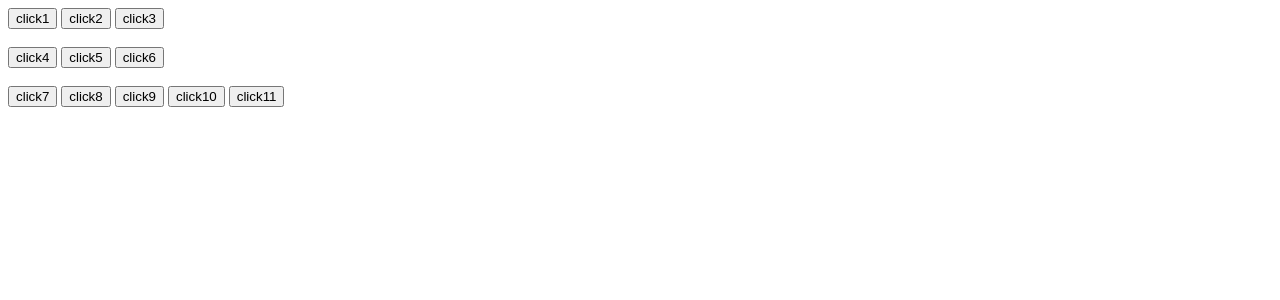
Repository: hong-bi/JsonStudy
Page: JsonApp01/WebContent/JsonTest10.html
These files come from the project's save history. The page is drawn as it stood at one moment and after the next save; the edit follows.
The browser window is 1280 px wide. The pictures show the whole page.

Above is the page before, as saved 2019-05-31 07:01:42.

After the next save:
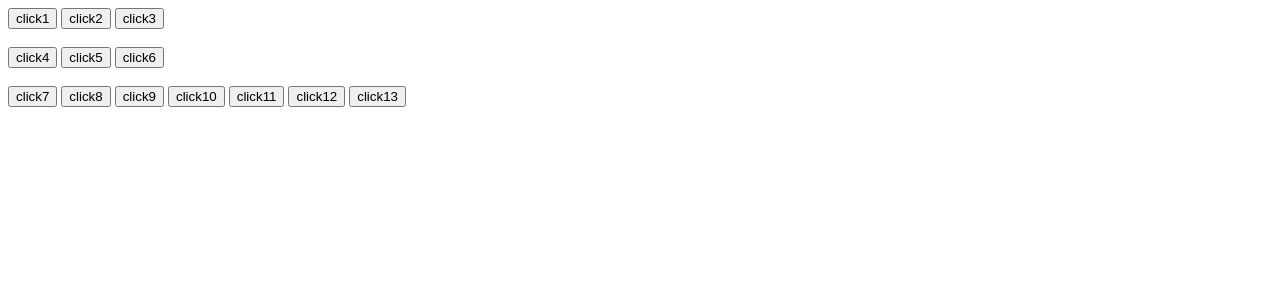
Saved 26 s later.
--- a/JsonApp01/WebContent/JsonTest10.html
+++ b/JsonApp01/WebContent/JsonTest10.html
@@ -41,5 +41,7 @@
 	<input type="button" value="click10" onclick="alert(obj6_1[0])">
 	<input type="button" value="click11" onclick="alert(obj6_1[1])">
 
+	<input type="button" value="click12" onclick="alert(typeof obj6_1[0])">
+	<input type="button" value="click13" onclick="alert(typeof obj6_1[1])">
 
 </form>
